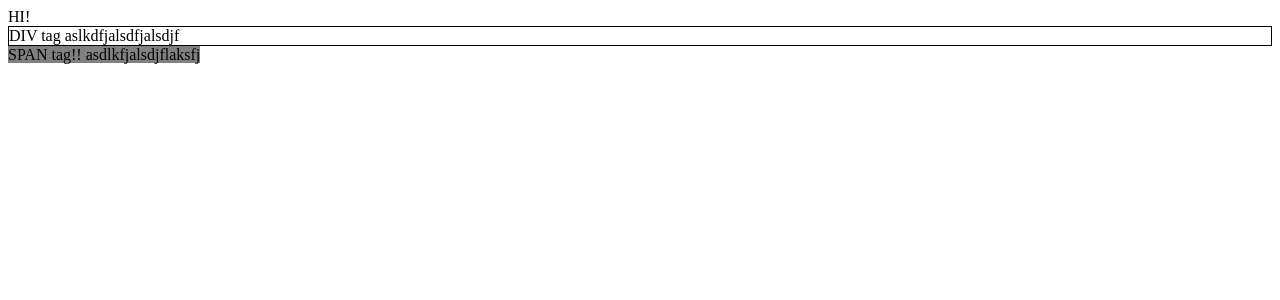
Repository: jihoonys82/weblec
Page: Front/WebContent/Ex01_HTML_tag/tagEx_01.html
The author's editor kept a copy of each file at every save. The page is drawn from the files as they stood at one save, then again after the next save.
The browser window is 1280 px wide. The pictures show the whole page.

Above is the page before, as saved 2018-07-23 08:49:20.

### Front/WebContent/Ex01_HTML_tag/tagEx_01.html
<!DOCTYPE html>
<html>
<head>
<meta charset="UTF-8">
<title>Insert title here</title>
</head>
<body>

HI!

<div style="border: 1px solid black;">
DIV tag
aslkdfjalsdfjalsdjf
</div>

<span style="background: gray;">
SPAN tag!!
asdlkfjalsdjflaksfj
</span>

</body>
</html>

After the next save:
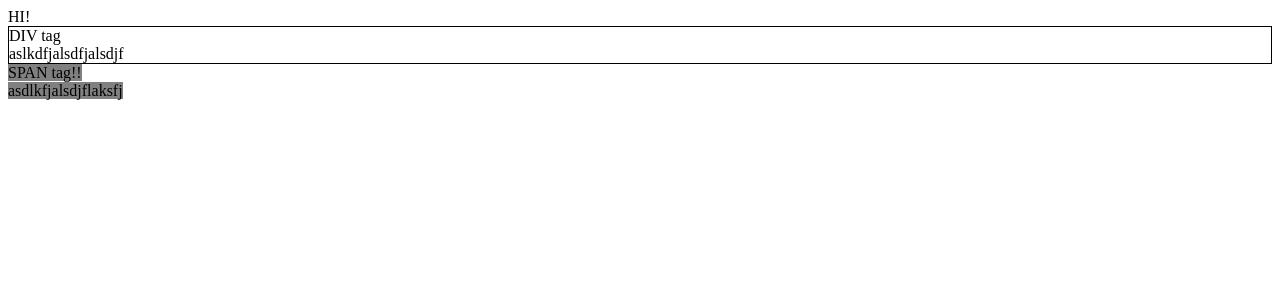
Saved 93 s later.
--- a/Front/WebContent/Ex01_HTML_tag/tagEx_01.html
+++ b/Front/WebContent/Ex01_HTML_tag/tagEx_01.html
@@ -9,12 +9,12 @@
 HI!
 
 <div style="border: 1px solid black;">
-DIV tag
+DIV tag <br>
 aslkdfjalsdfjalsdjf
 </div>
 
 <span style="background: gray;">
-SPAN tag!!
+SPAN tag!! <br />
 asdlkfjalsdjflaksfj
 </span>
 
